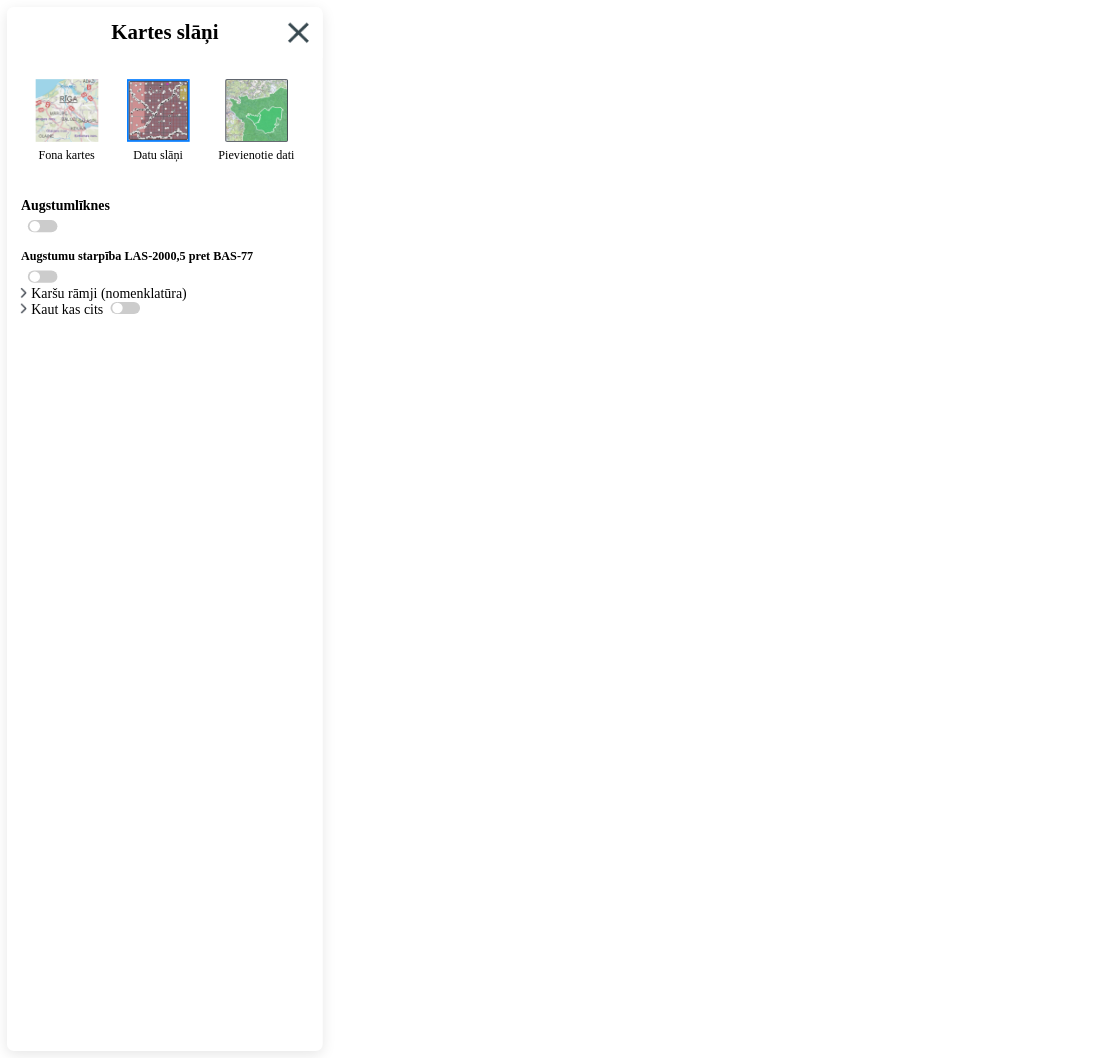
Repository: Kringelis/KP_kar-usl-i
Page: /, after clicking the first element matching `div.sidebar-tabs > :nth-child(2)`
The author's editor kept a copy of each file at every save. The page is drawn from the files as they stood at one save, then again after the next save.
The browser window is 1280 px wide. The pictures show the whole page, at 87% of full size.
The project was rebuilt for these pictures with package versions that can differ from the ones it lists, and the page was loaded fresh each time. Also part of the build but not shown: src/components/FonaKartes.scss, src/components/PievienotieDati.scss, src/components/PievienotieDati.jsx, src/App.scss.

Above is the page before, as saved 2024-06-03 09:34:09.

After the next save:
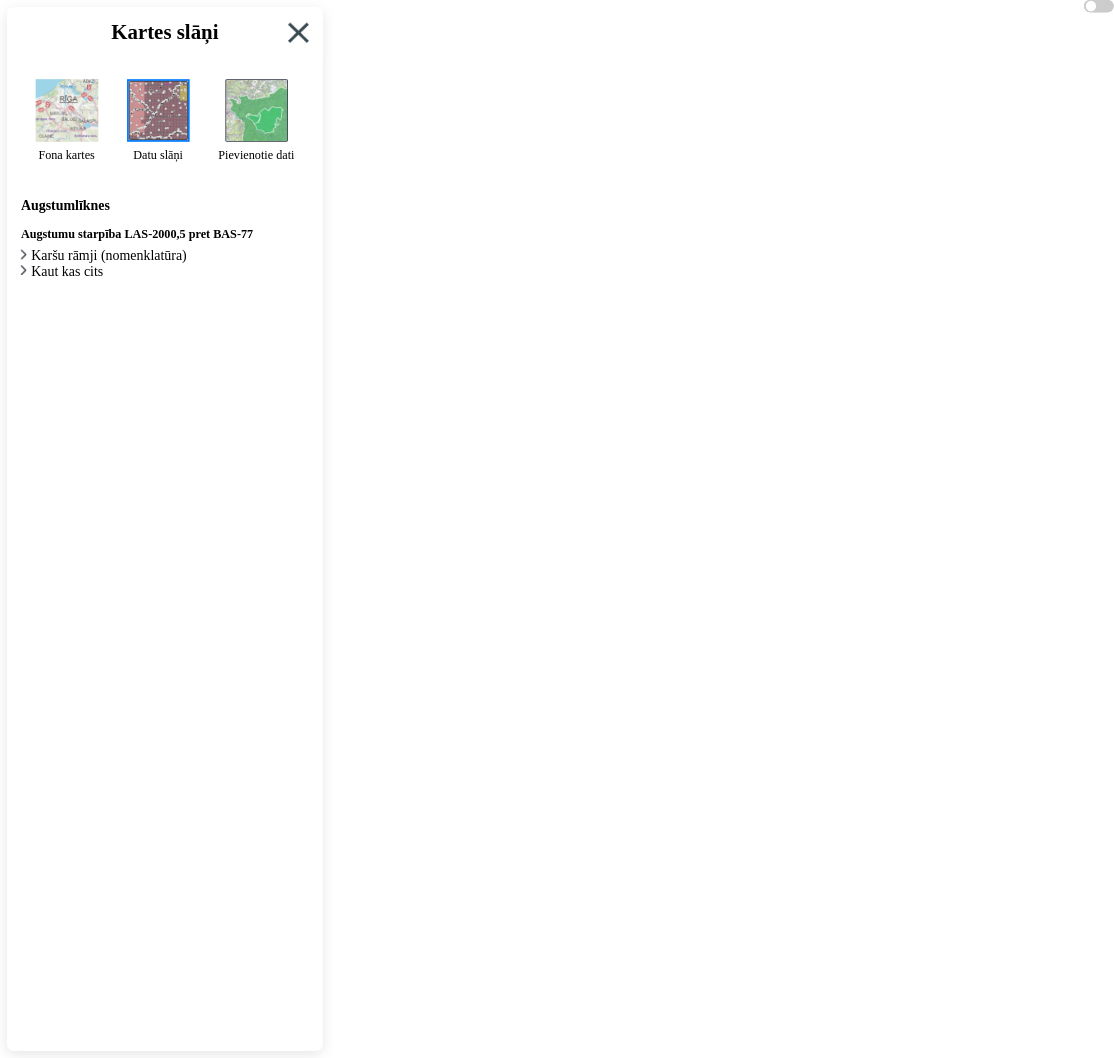
Saved 91 s later.
--- a/src/components/DatuSlani.scss
+++ b/src/components/DatuSlani.scss
@@ -16,11 +16,12 @@
   }
 
   .toggle-switch {
-    position: relative;
+    position: absolute;
+    top: 0;
+    right: 0;
     display: inline-block;
     width: 34px;
     height: 14px;
-    margin-left: 8px;
 
     input {
       opacity: 0;
@@ -67,6 +68,7 @@
     justify-content: space-between;
     margin-top: 8px;
   }
+
   .accordion-icon {
     transition: transform 0.3s ease;
     margin-right: 5px;
